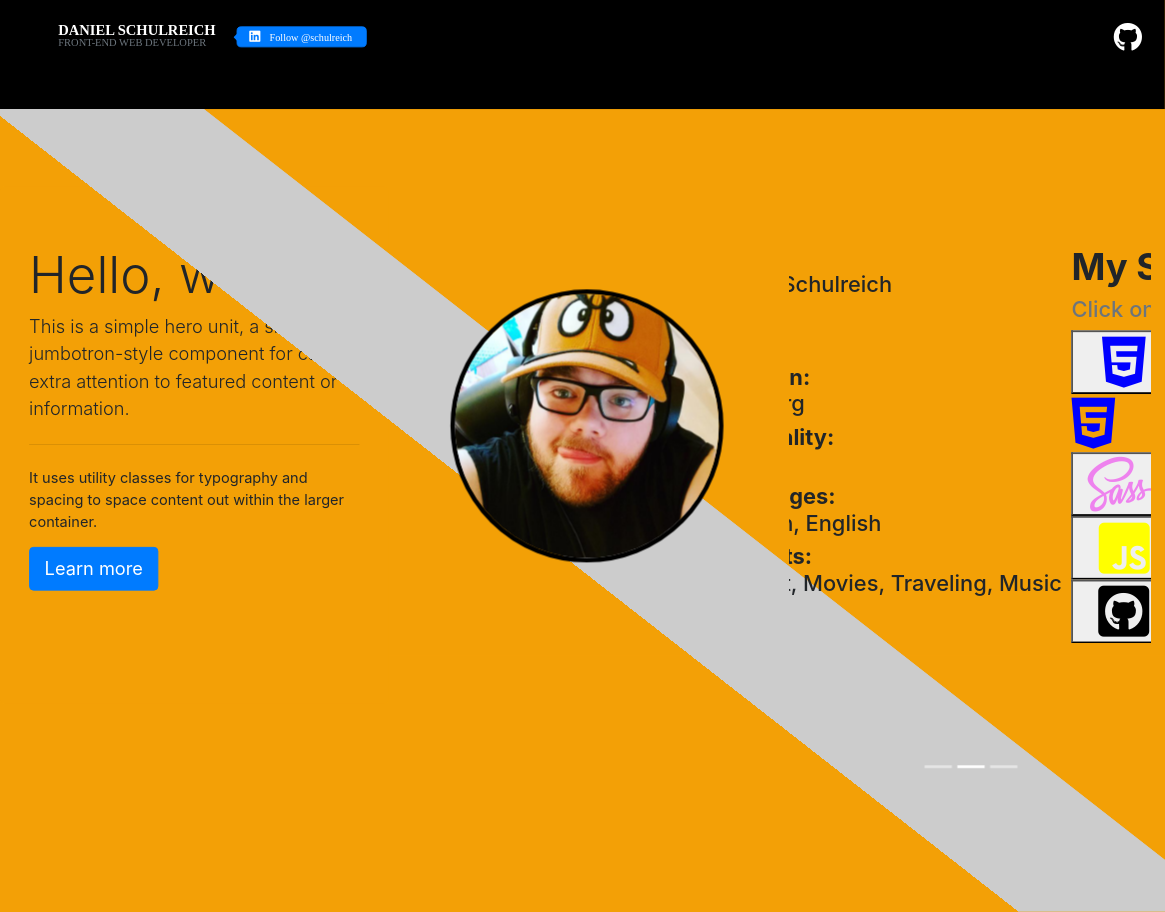
Repository: schulreich/my_portfolio
Page: portfolio.html
These files come from the project's save history. The page is drawn as it stood at one moment and after the next save; the edit follows.
The browser window is 1280 px wide. The pictures show the whole page, at 91% of full size.
Some web fonts or font styles are not loaded; a fallback is used. Some web libraries are served in a nearby version.

Above is the page before, as saved 2020-06-17 23:16:36.

### portfolio.html
<!DOCTYPE html>
<html lang="en">
<head>
    <meta charset="UTF-8">
    <meta name="viewport" content="width=device-width, initial-scale=1.0">
    <meta http-equiv="X-UA-Compatible" content="ie=edge">
    <link rel="stylesheet" href="https://stackpath.bootstrapcdn.com/bootstrap/4.1.3/css/bootstrap.min.css" integrity="sha384-MCw98/SFnGE8fJT3GXwEOngsV7Zt27NXFoaoApmYm81iuXoPkFOJwJ8ERdknLPMO" crossorigin="anonymous">
    <link rel="stylesheet" href="css/main.css">
    <link rel="stylesheet" href="https://use.fontawesome.com/releases/v5.5.0/css/all.css" integrity="sha384-B4dIYHKNBt8Bc12p+WXckhzcICo0wtJAoU8YZTY5qE0Id1GSseTk6S+L3BlXeVIU" crossorigin="anonymous">

    <title>Document</title>
</head>
<body>
    <header>
        <div class="row">
            <div class="name">DANIEL SCHULREICH</div>
            <div class="title text-muted"><small>FRONT-END WEB DEVELOPER</small></div>
            <a class="btn btn-primary btn-sm follow d-none d-lg-block" href="https://www.linkedin.com/in/daniel-schulreich-a5347617b/" target="_blank" role="button"><i class="fab fa-linkedin "></i><i class="fas fa-arrow-left arrow-left text-primary"></i><small>Follow @schulreich</small></a>

            <div class="nav">
                    <ul>
                        <li class="github"><i class="fab fa-github fa-2x nav-icon"></i><a href="https://github.com/schulreich" target="_blank">GitHub</a>
                        </li>
                    </ul>
                </div>


        </div>
    </header>

    <section class="project-modal">

    <div class="modal fade bd-example-modal-lg" tabindex="-1" role="dialog" aria-labelledby="myLargeModalLabel" aria-hidden="true">
            <div class="modal-dialog modal-lg">
              <div class="modal-content">
                <div class="modal-header">
                  <h5 class="modal-title" id="exampleModalLabel"><strong>JavaScript Boardgame</strong></h5>
                  <button type="button" class="close" data-dismiss="modal" aria-label="Close">
                    <span aria-hidden="true">&times;</span>
                  </button>
                </div>
                <div class="modal-body modal-align">
                    <img class="modal-img" src="images/boardgame.png" alt="">
                </div>
                <div class="modal-footer">
                  <button type="button" class="btn btn-secondary" data-dismiss="modal">Open Website</button>
                  <a href="" class="btn btn-primary btn-lg active" role="button" aria-pressed="true">Primary link</a>
                </div>
              </div>
            </div>
          </div>

          <div class="modal fade bd-cards-example-modal-lg" tabindex="-1" role="dialog" aria-labelledby="myLargeModalLabel" aria-hidden="true">
                <div class="modal-dialog modal-lg">
                  <div class="modal-content">
                    <div class="modal-header">
                      <h5 class="modal-title" id="exampleModalLabel"><strong>Bootstrap Moviefestival website</strong></h5>
                      <button type="button" class="close" data-dismiss="modal" aria-label="Close">
                        <span aria-hidden="true">&times;</span>
                      </button>
                    </div>
                    <div class="modal-body modal-align">
                        <img class="modal-img" src="images/moviefestival.png" alt="">
                    </div>
                    <div class="modal-footer">
                      <a href="https://schulreich.github.io/project-movie-festival/" target="_blank" class="btn btn-primary btn-lg active" role="button" aria-pressed="true">Primary link</a>
                      <button type="button" class="btn btn-secondary" data-dismiss="modal">Close</button>
                    </div>
                  </div>
                </div>
              </div>


              <div class="modal fade bd-grid-example-modal-lg" tabindex="-1" role="dialog" aria-labelledby="myLargeModalLabel" aria-hidden="true">
                    <div class="modal-dialog modal-lg">
                      <div class="modal-content">
                        <div class="modal-header">
                          <h5 class="modal-title" id="exampleModalLabel"><strong>React Restaurant review website</strong></h5>
                          <button type="button" class="close" data-dismiss="modal" aria-label="Close">
                            <span aria-hidden="true">&times;</span>
                          </button>
                        </div>
                        <div class="modal-body modal-align">
                            <img class="modal-img" src="images/restaurantreview.png" alt="">
                        </div>
                        <div class="modal-footer">
                          <button type="button" class="btn btn-secondary" data-dismiss="modal">Open Website</button>
                          <button type="button" class="btn btn-primary">Open GitHub</button>
                        </div>
                      </div>
                    </div>
                  </div>


          <div class="modal fade bd-register-example-modal-lg" tabindex="-1" role="dialog" aria-labelledby="myLargeModalLabel" aria-hidden="true">
                <div class="modal-dialog modal-lg">
                  <div class="modal-content">
                    <div class="modal-header">
                      <h5 class="modal-title" id="exampleModalLabel"><strong>#Register</strong></h5>
                      <button type="button" class="close" data-dismiss="modal" aria-label="Close">
                        <span aria-hidden="true">&times;</span>
                      </button>
                    </div>
                    <div class="modal-body modal-align">
                        <img class="modal-img" src="images/thumbnail-4.png" alt="">
                    </div>
                    <div class="modal-footer">
                      <button type="button" class="btn btn-secondary" data-dismiss="modal">Open Website</button>
                      <button type="button" class="btn btn-primary">Open GitHub</button>
                    </div>
                  </div>
                </div>
              </div>

    </section>

    <section class="skill-modal">

    <section class="container-fluid intro-section">

        <div class="row">
             <div class="intro col-lg-4 col-md-5 jumbotron">
                <h1 class="display-4">Hello, world!</h1>
                     <p class="lead">This is a simple hero unit, a simple jumbotron-style component for calling extra attention to featured content or information.</p>
                <hr class="my-4">
                     <p>It uses utility classes for typography and spacing to space content out within the larger container.</p>
                            <a class="btn btn-primary btn-lg" href="#" role="button">Learn more</a>
          </div>


          <div class="col-lg-4 d-none d-lg-block move">
              <img class="skew" src="https://dummyimage.com/200x753/000/000" alt="">
              <img class="rounded-circle " src="images/test.jpeg" alt="">
          </div>

<aside id="carouselExampleIndicators" class="col-lg-4 personal-information carousel slide" data-ride="carousel">
        <ol class="carousel-indicators">
                <li data-target="#carouselExampleIndicators" data-slide-to="0" class="active"></li>
                <li data-target="#carouselExampleIndicators" data-slide-to="1"></li>
                <li data-target="#carouselExampleIndicators" data-slide-to="2"></li>
              </ol>
    <div class="carousel-inner">
        <div class="carousel-item active">
              <h4><strong>Name:</strong> <br> Daniel Schulreich</h4>
              <h4><strong>Age:</strong> <br> 32</h4>
              <h4><strong>Location:</strong> <br> Duisburg</h4>
              <h4><strong>Nationality:</strong> <br> Austria</h4>
              <h4><strong>Languages:</strong> <br> German, English</h4>
              <h4><strong>Interests:</strong> <br> E-Sport, Movies, Traveling, Music</h4>
        </div>
        <div class="carousel-item">
            <aside class="skills"> <!-- text-center -->
              <h1><strong>My Skills</strong></h1>
              <h4 class="text-muted">Click on Icons for more Details</h4>
              <div class="y">
                <!--  justify-content-center -->
                <div class="row">

                  <div class="col-lg-4"><a href="https://schulreich.github.io/project-movie-festival/" target="_blank" class="active" role="button" aria-pressed="true"><button class="skill-button"><i class="fab fa-html5 fa-4x" ></i></button><i class="fab fa-html5 fa-4x" ></i></a></div>
                  <div class="col-lg-4"><button class="skill-button"><i class="fab fa-css3-alt fa-4x"></i></button></div>
                </div>
                <div class="row">
                  <div class="col-lg-4"><button class="skill-button"><i class="fab fa-sass fa-4x"></i></button></div>
                    <div class="col-lg-4"><button class="skill-button"><i class="fab fa-react fa-4x"></i></button></div>
                </div>
                <div class="row">
                  <div class="col-lg-4"><button class="skill-button"><i class="fab fa-js-square fa-4x"></i></button></div>
                  <div class="col-lg-4"><button class="skill-button"><i class="fab fa-wordpress fa-4x"></i></button></div>
                </div>
                <div class="row">
                  <div class="col-lg-4"><button class="skill-button"><i class="fab fa-github-square fa-4x"></i></button></div>
                  <!-- Bootstrap icon was not Available-->
                  <div class="col-lg-4"><button class="skill-button"><i class="fas fa-bold fa-4x"></i></button></div>
                </div>
              </div>
            </aside>
        </div>
        <div class="carousel-item">
            <aside class="projects">
                <h1>Projects</h1>
                <h4 class="text-muted">Select Thumbnail</h4>

                <img src="images/boardgame.png" class="img-thumbnail thumbnail" data-toggle="modal" data-target=".bd-example-modal-lg" alt="...">
                <img src="images/moviefestival.png" class="img-thumbnail thumbnail" data-toggle="modal" data-target=".bd-cards-example-modal-lg" alt="..."> <br>
                <img src="images/restaurantreview.png" class="img-thumbnail thumbnail" data-toggle="modal" data-target=".bd-grid-example-modal-lg" alt="...">
                <img src="images/thumbnail-4.png" class="img-thumbnail thumbnail" data-toggle="modal" data-target=".bd-register-example-modal-lg" alt="...">
            </aside>
        </div>
    </div>
</aside>

    </div>

    </section>









    <script src="https://code.jquery.com/jquery-3.3.1.slim.min.js" integrity="sha384-q8i/X+965DzO0rT7abK41JStQIAqVgRVzpbzo5smXKp4YfRvH+8abtTE1Pi6jizo" crossorigin="anonymous"></script>
<script src="https://cdnjs.cloudflare.com/ajax/libs/popper.js/1.14.3/umd/popper.min.js" integrity="sha384-ZMP7rVo3mIykV+2+9J3UJ46jBk0WLaUAdn689aCwoqbBJiSnjAK/l8WvCWPIPm49" crossorigin="anonymous"></script>
<script src="https://stackpath.bootstrapcdn.com/bootstrap/4.1.3/js/bootstrap.min.js" integrity="sha384-ChfqqxuZUCnJSK3+MXmPNIyE6ZbWh2IMqE241rYiqJxyMiZ6OW/JmZQ5stwEULTy" crossorigin="anonymous"></script>
</body>
</html>

### css/main.css
@import url("https://fonts.googleapis.com/css?family=Coda");
@keyframes mymove {
  0% {
    left: 16%;
  }
  100% {
    left: 25%;
  }
}
@keyframes myskew {
  0% {
    transform: skew(52deg);
  }
  100% {
    transform: skew(0deg);
  }
}
@keyframes myfade {
  0% {
    opacity: 0;
  }
  25% {
    opacity: 0;
  }
  50% {
    opacity: 0.6;
  }
  75% {
    opacity: 0.8;
  }
  100% {
    opacity: 1;
  }
}
body {
  background-color: #f3a006;
}

header {
  background-color: black;
  height: 120px;
  font-family: "Coda";
}
header .name {
  position: absolute;
  left: 5%;
  top: 3%;
  color: white;
  font-weight: bolder;
}
header .title {
  position: absolute;
  top: 5%;
  left: 5%;
  color: white;
  font-size: 0.9em;
}
header .follow {
  position: absolute;
  left: 260px;
  top: 4%;
  border-radius: 5px;
  padding-top: 0;
  padding-bottom: 0;
  padding-right: 15px;
  padding-left: 3px;
}
header .arrow-left {
  position: absolute;
  left: -10%;
  top: 18%;
}
header .nav-icon {
  color: white;
}
header i {
  padding: 0 10px;
}
header ul {
  list-style-type: none;
}
header .nav ul {
  margin: 0;
  padding: 0;
  position: absolute;
  top: 10px;
  right: 0;
  font-size: 0px;
}
header .nav ul li {
  font-size: 12pt;
  display: inline-block;
  padding: 15px;
  transition: all 0.2s ease-in-out;
}
header .nav ul li a {
  font-family: FontAwesome;
  color: lime;
  font-size: 22pt;
  text-decoration: none;
}
header .nav ul .github.about .code .contact {
  background: black;
}
header .nav ul li i {
  display: block;
}
header .nav ul li a {
  display: none;
}
header .nav ul li:hover i {
  display: none;
}
header .nav ul li:hover a {
  display: block;
}
header .nav a:hover {
  color: lime;
}

.modal-img {
  width: 600px;
}

.modal-align {
  padding-left: 6rem;
}

.modal-header {
  background-color: #f3a006;
}

.modal-body {
  background-color: black;
}

.intro-section {
  background-color: #f3a006;
  /*}
  .rounded-circle:hover{
      left: 25%;
      transition: 2s left;
  }*/
}
.intro-section .intro {
  background-color: #f3a006;
  top: 85px;
}
.intro-section .skew {
  transform: skew(52deg);
  position: absolute;
  height: 147%;
  left: 30%;
  animation: myskew 2s 1 ease;
  animation-fill-mode: forwards;
}
.intro-section .rounded-circle {
  position: absolute;
  border: solid 5px black;
  height: 300px;
  width: 300px;
  left: 16%;
  top: 33%;
  animation: mymove 2s 1 ease;
  animation-fill-mode: forwards;
}
.intro-section .personal-information {
  position: relative;
  top: 150px;
  animation: myfade 5s 1 ease;
  transition-delay: 3s;
}
.intro-section .carousel-inner {
  height: 600px;
}
.intro-section .skill-button {
  width: 115px;
}
.intro-section .fa-html5 {
  color: blue;
}
.intro-section .fa-css3-alt {
  color: pink;
}
.intro-section .fa-sass {
  color: violet;
}
.intro-section .fa-react {
  color: skyblue;
  width: 100px;
}
.intro-section .fa-js-square {
  color: yellow;
  width: 100px;
}
.intro-section .fa-bold{
  color:white;
  background-color: purple;
}
.intro-section .thumbnail {
  width: 200px;
  height: 200px;
}

After the next save:
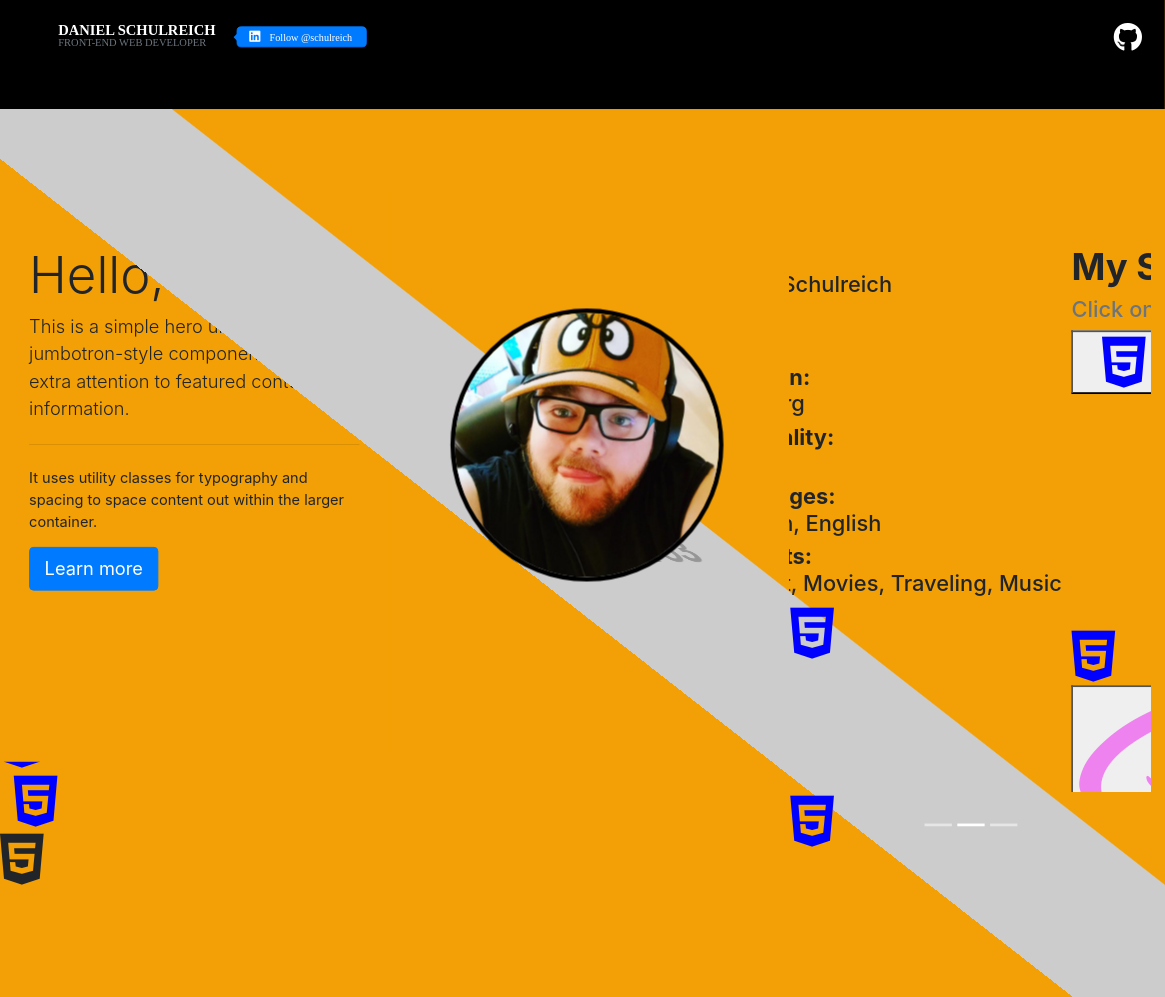
Saved 40 s later.
--- a/portfolio.html
+++ b/portfolio.html
@@ -156,7 +156,7 @@
                 <!--  justify-content-center -->
                 <div class="row">
 
-                  <div class="col-lg-4"><a href="https://schulreich.github.io/project-movie-festival/" target="_blank" class="active" role="button" aria-pressed="true"><button class="skill-button"><i class="fab fa-html5 fa-4x" ></i></button><i class="fab fa-html5 fa-4x" ></i></a></div>
+                  <div class="col-lg-4"><a href="https://schulreich.github.io/project-movie-festival/" target="_blank" class="active" role="button" aria-pressed="true"><button class="skill-button"><i class="fab fa-html5 fa-4x"></a></div>
                   <div class="col-lg-4"><button class="skill-button"><i class="fab fa-css3-alt fa-4x"></i></button></div>
                 </div>
                 <div class="row">

After the 2 saves that followed:
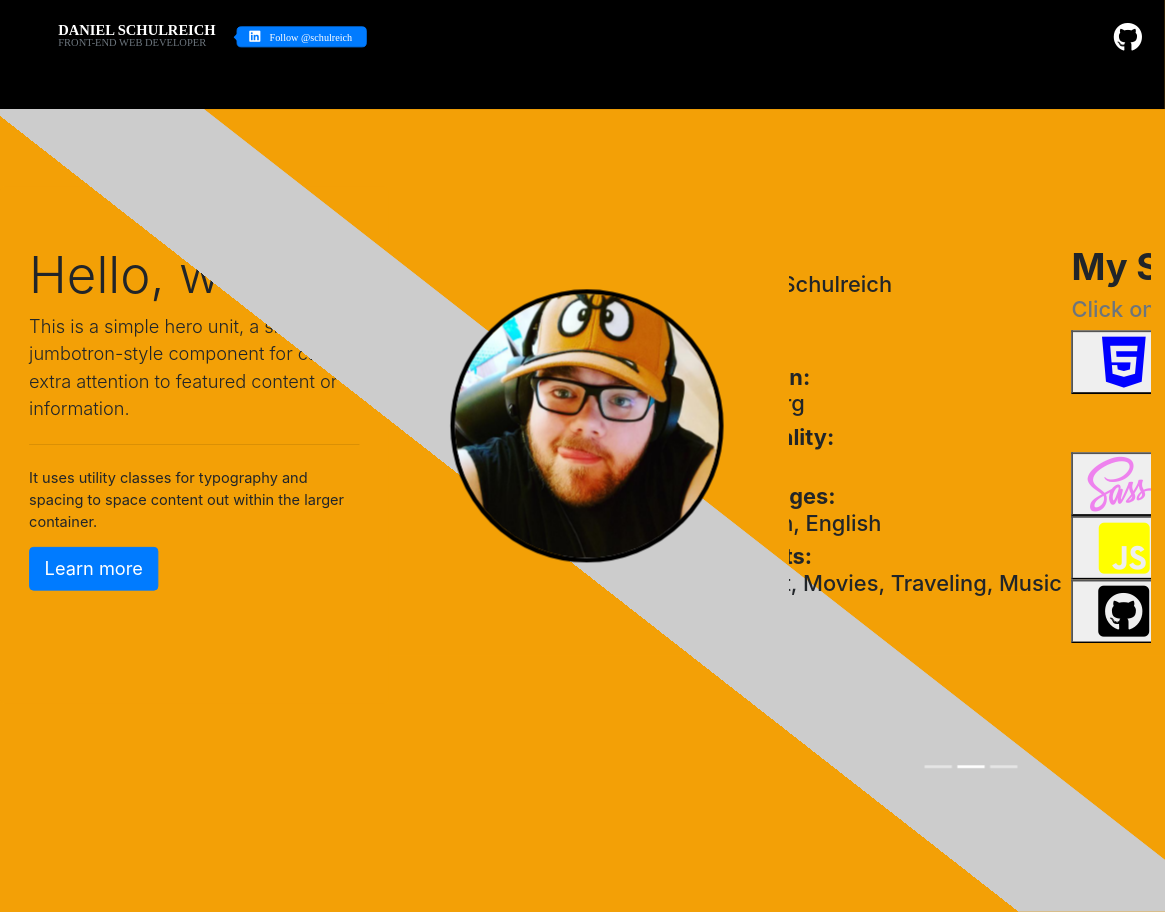
The 2 saves are shown as one change because 1 left the picture as it was.
The last was saved 41 s later.
--- a/portfolio.html
+++ b/portfolio.html
@@ -155,8 +155,8 @@
               <div class="y">
                 <!--  justify-content-center -->
                 <div class="row">
-
-                  <div class="col-lg-4"><a href="https://schulreich.github.io/project-movie-festival/" target="_blank" class="active" role="button" aria-pressed="true"><button class="skill-button"><i class="fab fa-html5 fa-4x"></a></div>
+                  <div class="col-lg-4"><button class="skill-button"><i class="fab fa-html5 fa-4x" ></i></button></div>
+                  <div class="col-lg-4"><a href="https://schulreich.github.io/project-movie-festival/" target="_blank" class="active" role="button" aria-pressed="true"><button class="skill-button"><i class="fab fa-html5 fa-4x" ></i></button><i class="fab fa-html5 fa-4x" ></i></a></div>
                   <div class="col-lg-4"><button class="skill-button"><i class="fab fa-css3-alt fa-4x"></i></button></div>
                 </div>
                 <div class="row">
